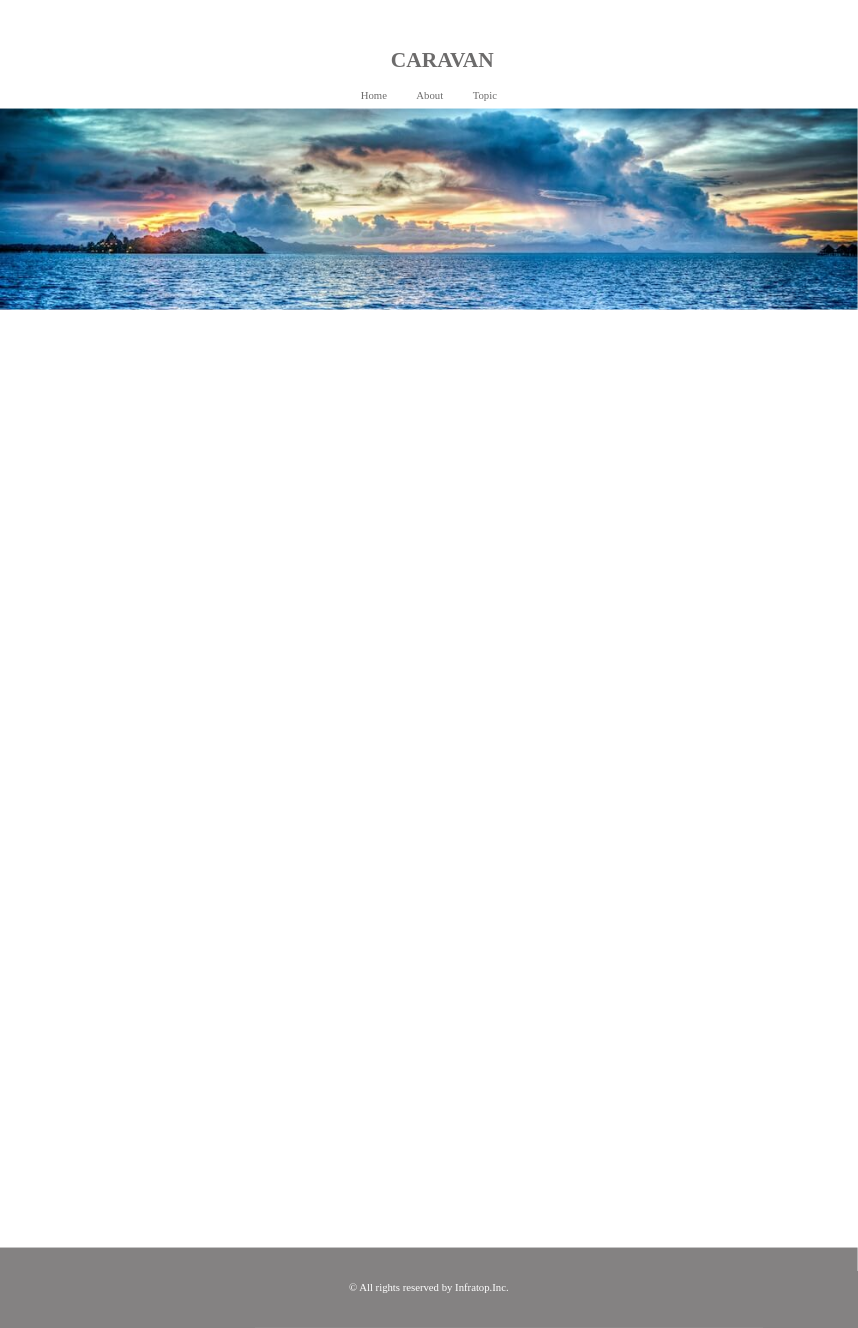
Repository: ayakodesu/html-practice
Page: caravan/index.html
The author's editor kept a record of every edit. The page is drawn from the files as they stood at one moment, then again after the next edit.
The browser window is 1280 px wide. The pictures show the whole page, at 67% of full size.

Above is the page before.

### caravan/index.html
<!DOCTYPE html>
<html lang="ja">
  <head>
    <meta charset="UTF-8" />
    <!-- CSSファイルの読み込み -->
    <link rel="stylesheet" href="style.css" />
    <title>CARAVAN</title>
  </head>


  <body>
  　<header>
  　 <h1 class="heading">
  　 <a href="index.html">
        CARAVAN
        </a>

      </h1>

  </header>

<nav>
  <ul class="nav-list">
    <li class="nav-list-item">
      <a href="index.html">Home</a>
    </li>
    <li class="nav-list-item">About</li>
    <li class="nav-list-item">Topic</li>

  </ul>
</nav>



     <div class="main-visual">
      <div class="main-visual-content"></div>

      </div>

     <div class="main">
     <div class="blog"></div>
     <div class="sidebar"></div>

     </div>

     <footer>
       <p class="footer-text">© All rights reserved by Infratop.Inc.</p>
     </footer>

  </body>
</html>

### caravan/style.css
/* ブラウザがそれぞれ持っているCSSをリセットするための記述*/
* {
  margin: 0;
  padding: 0;
  box-sizing: border-box;
  color: #6c6b6b;
}

a {
  text-decoration: none;
}

header {
  width: 90%; /* 横幅90% */
  padding: 15px 0;
  margin: 0 auto;
  text-align: center;
}

header .heading { /* headerタグ内のheadingクラスにのみ反映される */
  font-size: 32px;
}

.nav-list {
  text-align: center;
  padding: 10px 0;
  margin: 0 auto;
}

.nav-list-item {
  list-style: none;
  display: inline-block;
  margin: 0 20px;
}

.main-visual {
  width: 100%; /* 横幅いっぱい */
  height: 300px; /* 高さ300px */
   background-image: url(img/mv.jpg);
   background-size: cover;
   background-position: center;
}

.main-visual-content {
  width: 350px; /* 横幅350px */
  height: 300px; /* 親の高さに揃える */
}

.main {
  width: 840px; /* 横幅840px */
  display: flex; /* Flexboxの利用 */
  justify-content: center; /* 要素の横並び・中央寄せ */
  margin: 0 auto; /* 中央寄せ（左右に余白がないとできない） */
}

.blog {
  width: 600px; /* 横幅600px */
  height: 1400px; /* 高さ1400px */
}

.sidebar {
  width: 240px; /* 横幅240px */
  height: 1400px; /* 高さ1400px */
}

footer {
  width: 100%;
  height: 120px;
  text-align: center;
  line-height: 120px;
  background-color: #848282;
}

.footer-text {
  color: #fff;
}

After the next edit:
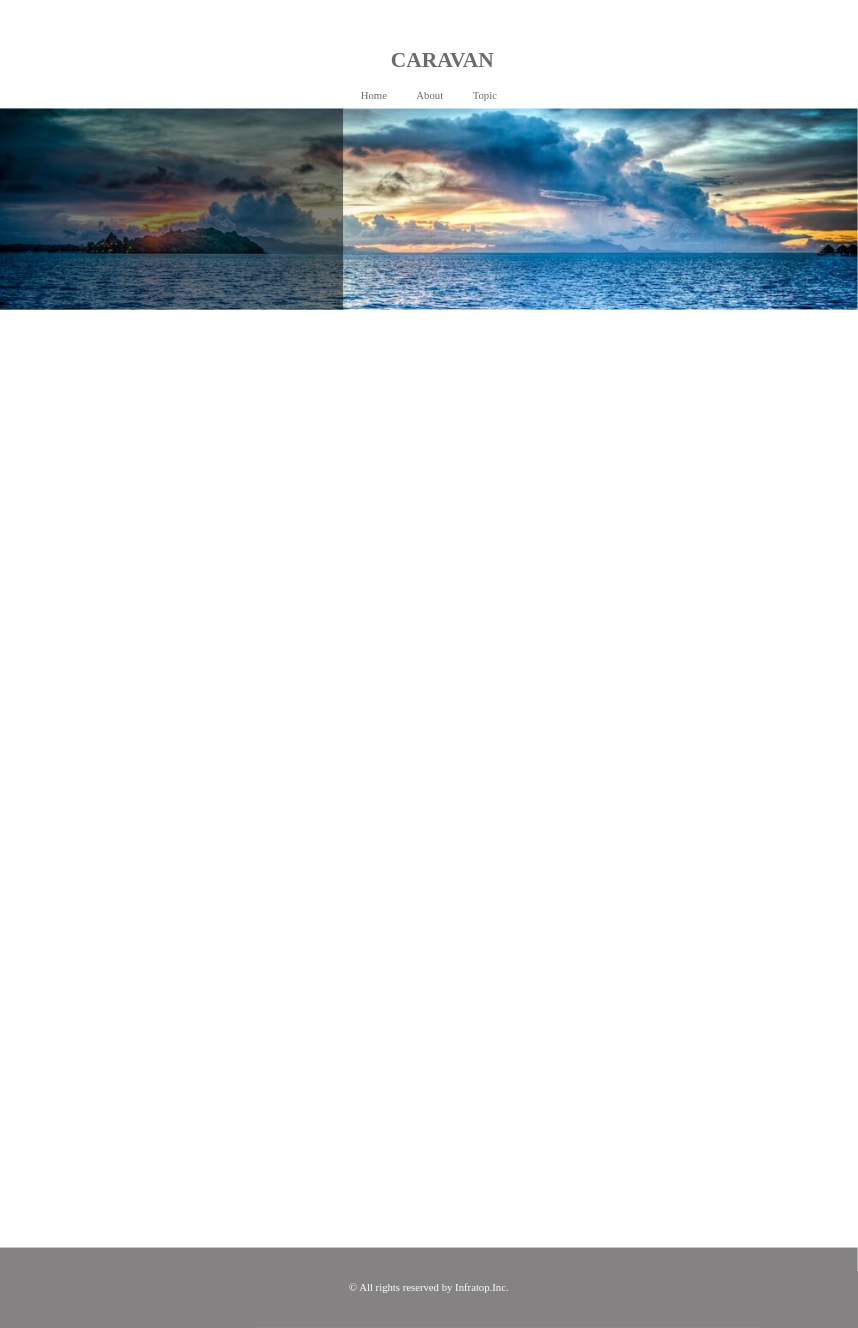
The edit:
--- a/caravan/style.css
+++ b/caravan/style.css
@@ -42,8 +42,11 @@
 }
 
 .main-visual-content {
-  width: 350px; /* 横幅350px */
-  height: 300px; /* 親の高さに揃える */
+  width: 40%;
+  height: 300px;
+  background-color: rgba( 0, 0, 0, 0.5);
+  text-align: center;
+  padding-top: 105px;
 }
 
 .main {
